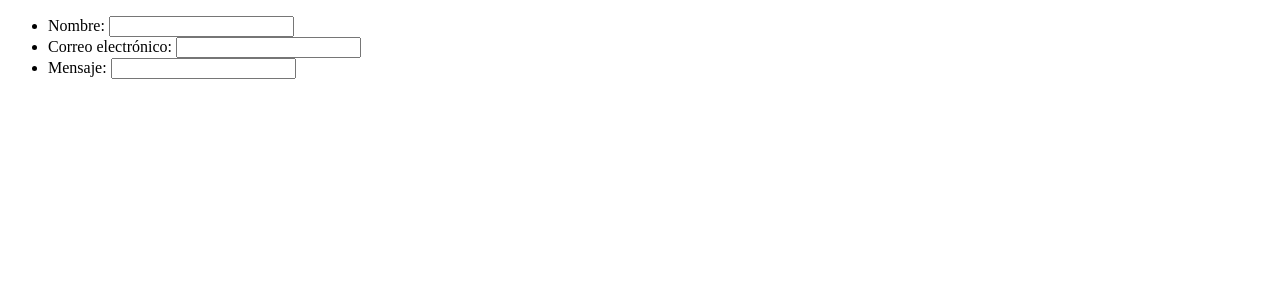
Repository: scgil/master-java
Page: Semana2/01-Ejemplitos/src/main/webapp/formulario.html
An editor plug-in stored every save of this project. The page is shown before and after the next save, followed by the edit.
The browser window is 1280 px wide. The pictures show the whole page.

Above is the page before, as saved 2024-12-12 16:43:48.

After the next save:
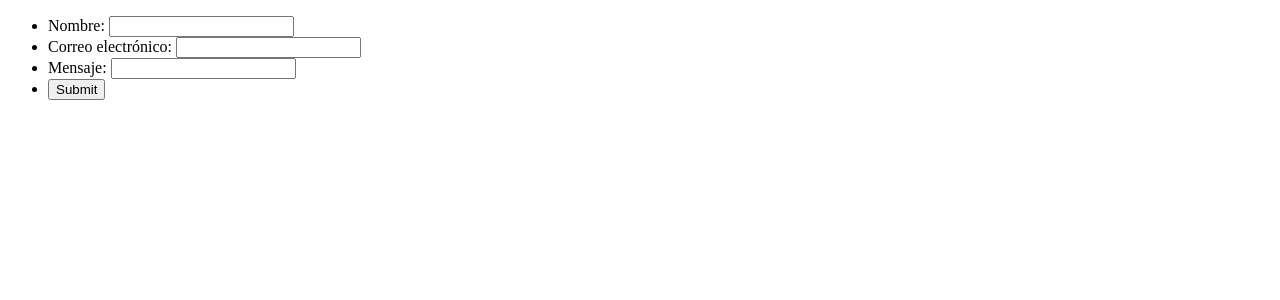
Saved 70 s later.
--- a/Semana2/01-Ejemplitos/src/main/webapp/formulario.html
+++ b/Semana2/01-Ejemplitos/src/main/webapp/formulario.html
@@ -20,6 +20,9 @@
       <label for="mensaje">Mensaje:</label>
       <input type=text" id="mensaje" name="usuario_texto"/>
     </li>
+    <li>
+    <button>Submit</button>
+    </li>
  </ul>
 </form>
 
